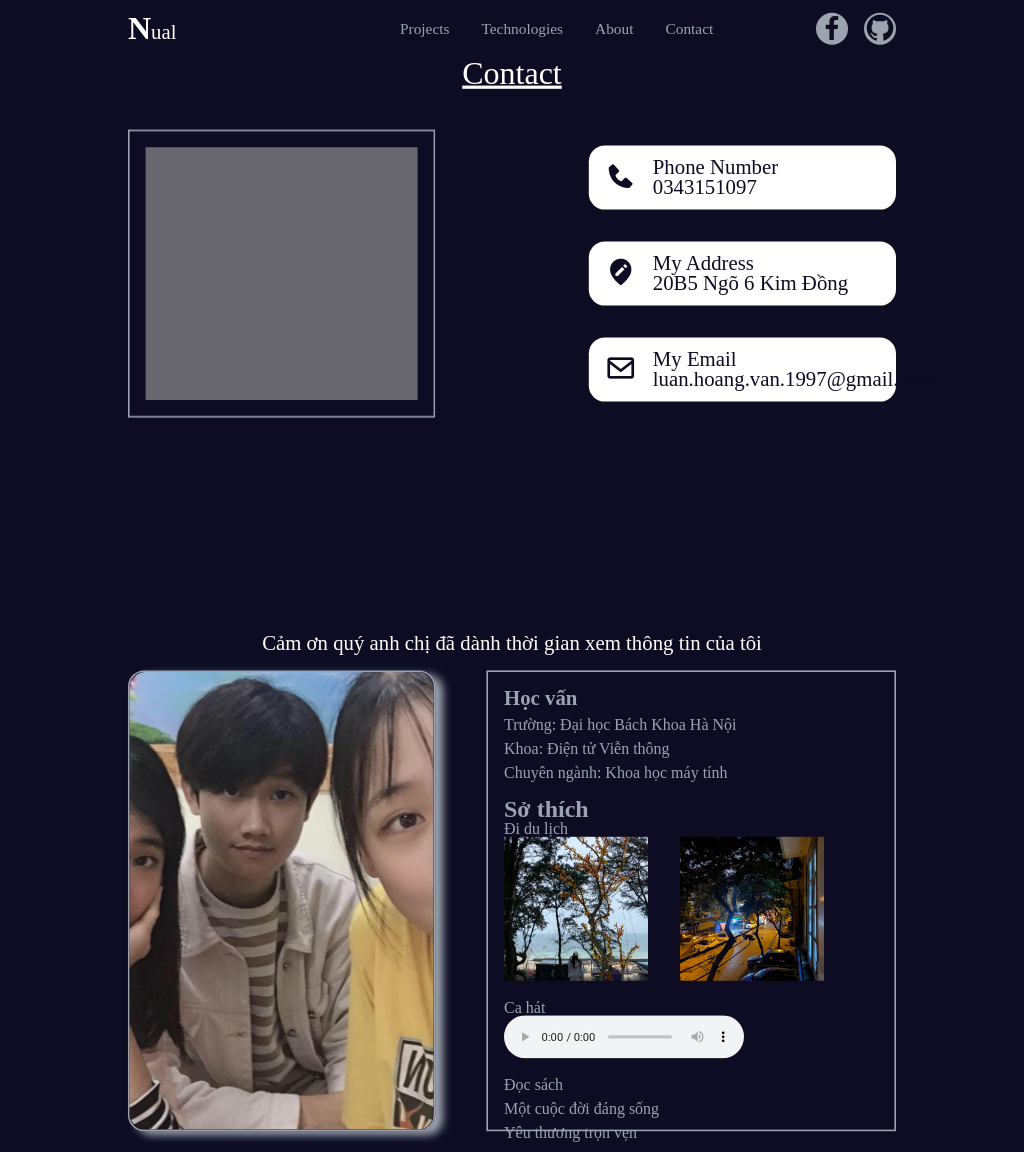
Repository: luanhoang0902/profile-react
Page: /Contact
These files come from the project's save history. The page is drawn as it stood at one moment and after the next save; the edit follows.
The browser window is 1280 px wide. The pictures show the whole page, at 80% of full size.
Pictures or frames that could not be fetched are drawn as grey boxes. The project was rebuilt for these pictures with package versions that can differ from the ones it lists, and the page was loaded fresh each time. Also part of the build but not shown: src/components/Intro.jsx, src/css/Projects.css, src/features/Projects.jsx, src/css/Technologies.css, src/features/Technologies.jsx, src/css/About.css, src/features/About.jsx.

Above is the page before, as saved 2022-05-22 20:22:29.

After the next save:
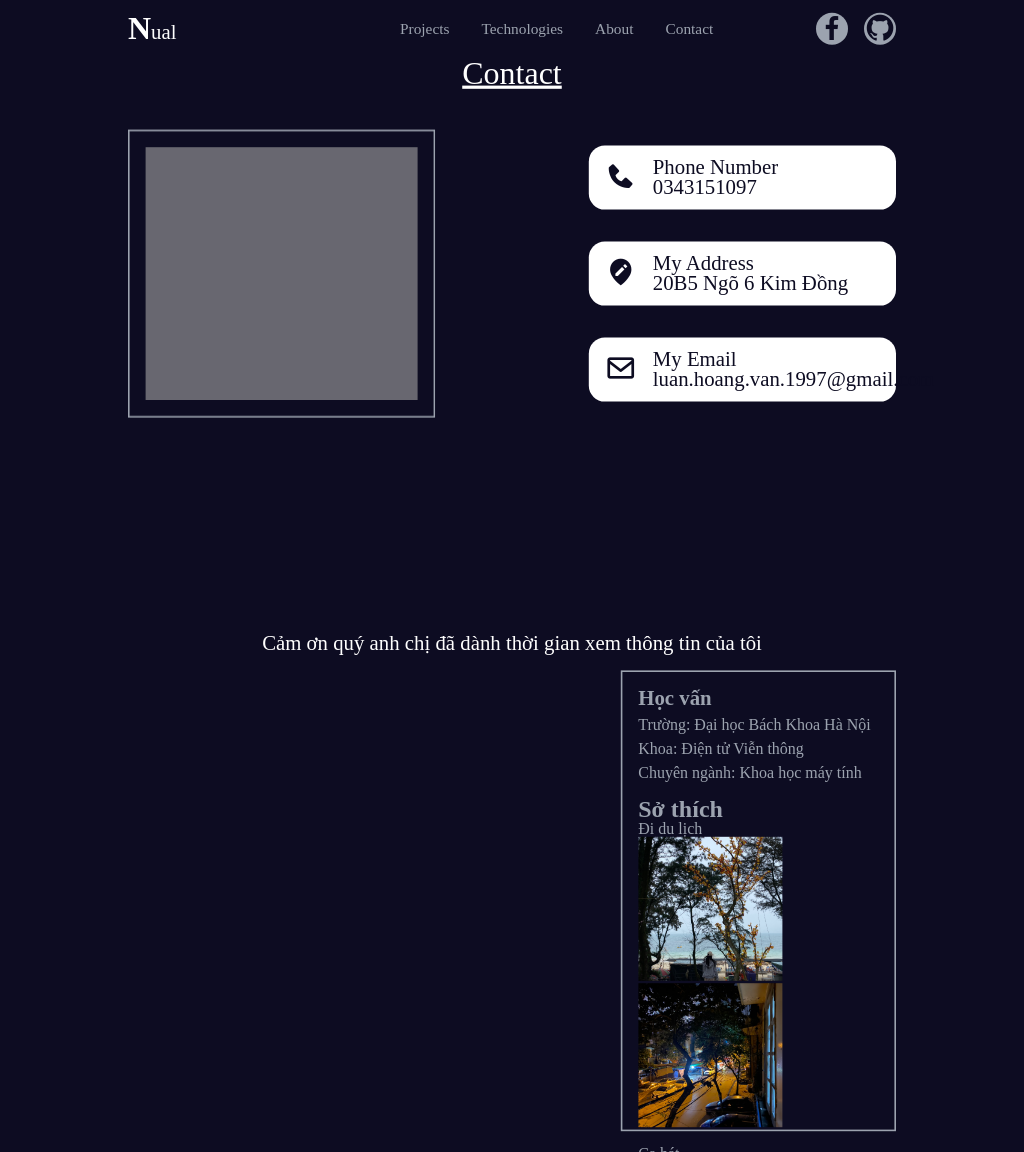
Saved 97 s later.
--- a/src/css/Home.css
+++ b/src/css/Home.css
@@ -13,7 +13,7 @@
 
     margin-top: 20px;
 }
-.home-image{
+.home-content__avatar {
     position: relative;
     height: 80vh;
     width: 30vw;
@@ -21,6 +21,11 @@
     border-radius: 20px;
     border: 2px solid var(--gray);
     box-shadow: 10px 5px 10px var(--gray);
+
+}
+.home-image{
+    height: 100%;
+    width: 100%;
 
     transition: transform 0.6s;
     transform-style: preserve-3d;

After the save that followed:
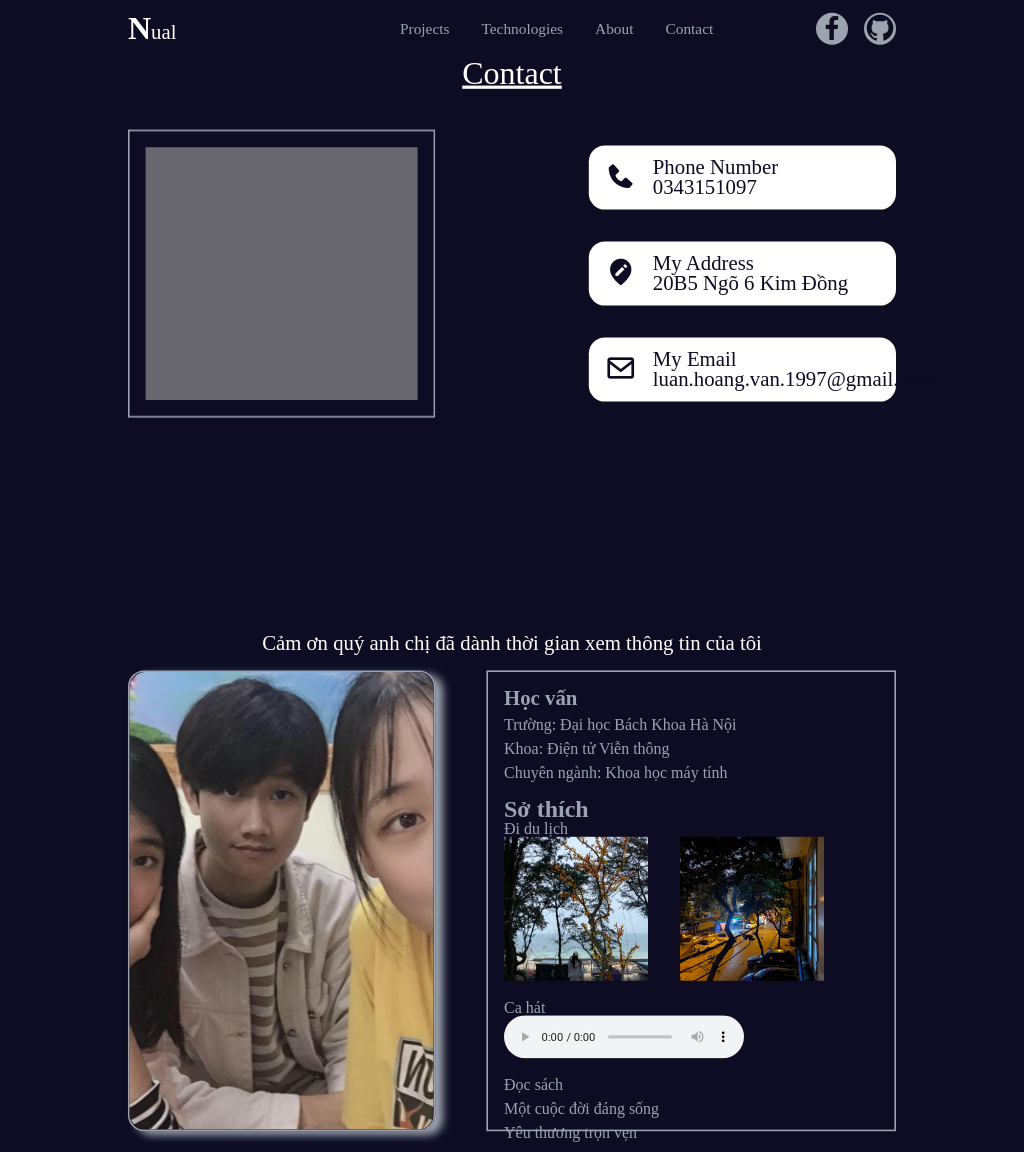
Saved 11 s later.
--- a/src/components/Home.jsx
+++ b/src/components/Home.jsx
@@ -1,52 +1,57 @@
-import React from 'react';
-import PropTypes from 'prop-types';
+import React from "react";
+import PropTypes from "prop-types";
 
-import "../css/Home.css"
+import "../css/Home.css";
 
-Home.propTypes = {
-
-};
+Home.propTypes = {};
 
 function Home(props) {
-    return (
-        <div className="home">
-            <span style={{fontSize: 26}}>Cảm ơn quý anh chị đã dành thời gian xem thông tin của tôi</span>
-            <div className="home-content">
-            <div className="home-image">
-            <div className="home-image__img"><img src = './avatar.jpg'/></div>
-            <div className="home-image__infomation"></div>
+  return (
+    <div className="home">
+      <span style={{ fontSize: 26 }}>
+        Cảm ơn quý anh chị đã dành thời gian xem thông tin của tôi
+      </span>
+      <div className="home-content">
+        <div className="home-content__avatar">
+        <div className="home-image">
+          <div className="home-image__img">
+            <img src="./avatar.jpg" />
+          </div>
+          <div className="home-image__infomation"></div>
+        </div>
+        </div>
+
+        <div className="home-infomation">
+          <div className="home-infomation__Education">
+            <span>Học vấn</span>
+            <p>Trường: Đại học Bách Khoa Hà Nội</p>
+            <p>Khoa: Điện tử Viễn thông</p>
+            <p>Chuyên ngành: Khoa học máy tính</p>
+          </div>
+          <div className="home-infomation__favorite">
+            <span style={{ fontSize: 30 }}>Sở thích</span>
+            <div>
+              <b>Đi du lịch</b>
+              <br />
+              <img src="./coto.png" />
+              <img src="./hanoi.png" />
             </div>
-
-            <div className="home-infomation">
-                <div className="home-infomation__Education">
-                    <span>Học vấn</span>
-                    <p>Trường: Đại học Bách Khoa Hà Nội</p>
-                    <p>Khoa: Điện tử Viễn thông</p>
-                    <p>Chuyên ngành: Khoa học máy tính</p>
-                </div>
-                <div className="home-infomation__favorite">
-                <span style={{fontSize: 30}}>Sở thích</span>
-                <div>
-                <b>Đi du lịch</b><br/>
-                <img src = './coto.png'/>
-                <img src = './hanoi.png'/>
-                </div>
-                <div>
-                <b>Ca hát</b><br/>
-                <audio src = './autotool.m4a' controls></audio>
-                </div>
-                <div>
-                <b>Đọc sách</b>
-                <p>Một cuộc đời đáng sống</p>
-                <p>Yêu thương trọn vẹn</p>
-                </div>
-                </div>
-                <div className="home-infomation__dream"></div>
-
+            <div>
+              <b>Ca hát</b>
+              <br />
+              <audio src="./autotool.m4a" controls></audio>
             </div>
+            <div>
+              <b>Đọc sách</b>
+              <p>Một cuộc đời đáng sống</p>
+              <p>Yêu thương trọn vẹn</p>
             </div>
+          </div>
+          <div className="home-infomation__dream"></div>
         </div>
-    );
+      </div>
+    </div>
+  );
 }
 
 export default Home;
